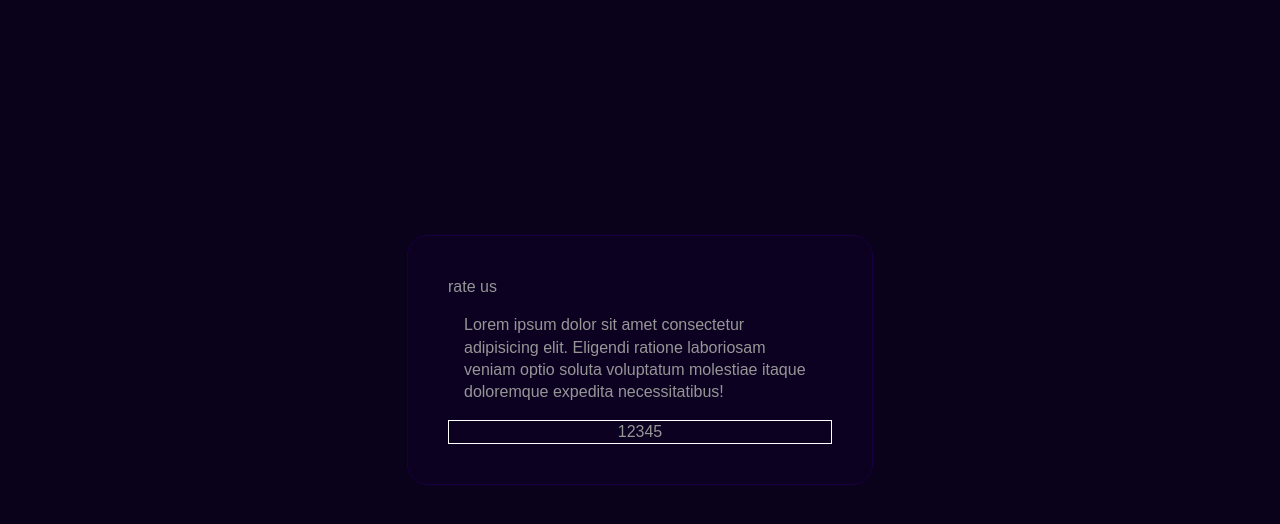
Repository: russel-success/xcodepp-TASK-2
Page: index.html
The author's editor kept a copy of each file at every save. The page is drawn from the files as they stood at one save, then again after a run of saves.
The browser window is 1280 px wide. The pictures show the whole page.

Above is the page before, as saved 2024-05-24 22:54:37.

After the next 2 saves:
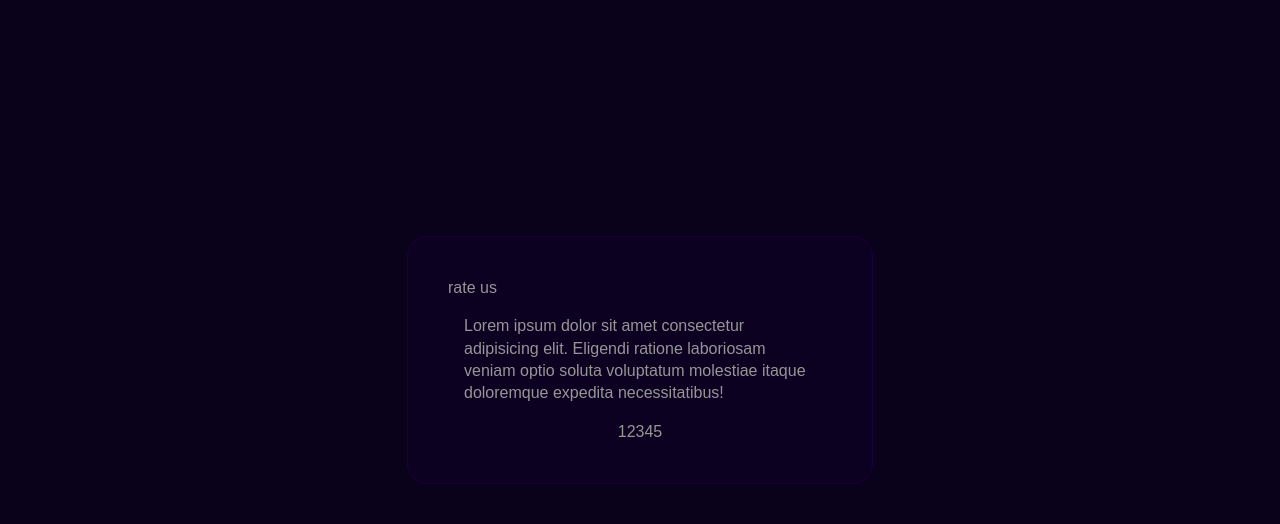
The 2 saves are shown as one change because they came seconds apart.
The last was saved 6 s later.
--- a/styles/styles.css
+++ b/styles/styles.css
@@ -38,6 +38,6 @@
     justify-content: center;
     align-items: center;
     width:auto;
-
+    gap:
     border:1px solid white;
 }

After the save that followed:
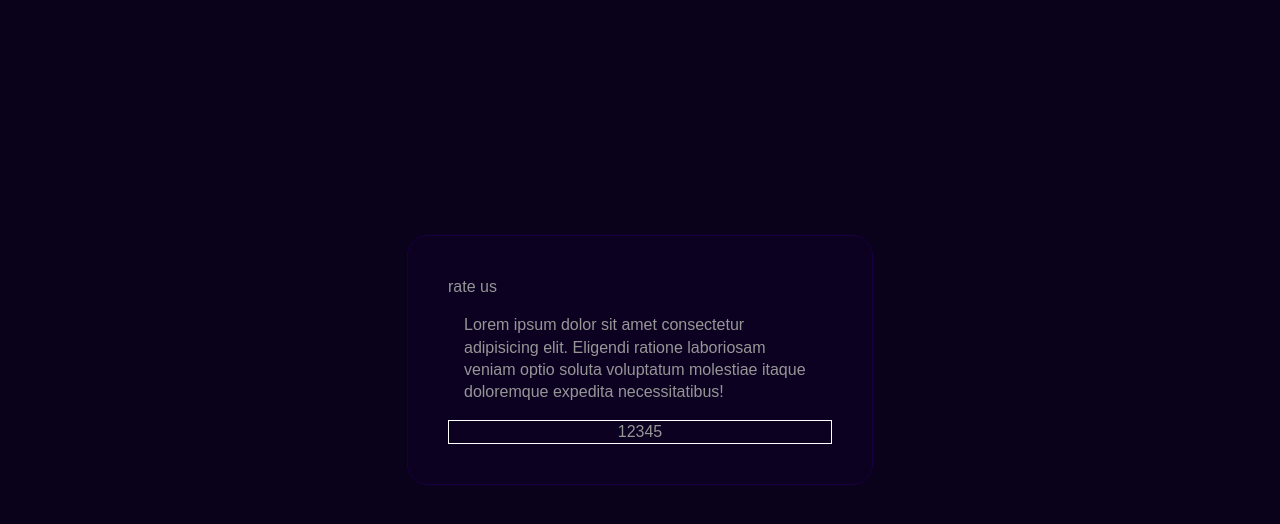
Saved 8 s later.
--- a/styles/styles.css
+++ b/styles/styles.css
@@ -38,6 +38,6 @@
     justify-content: center;
     align-items: center;
     width:auto;
-    gap:
+    gap:auto;
     border:1px solid white;
 }
